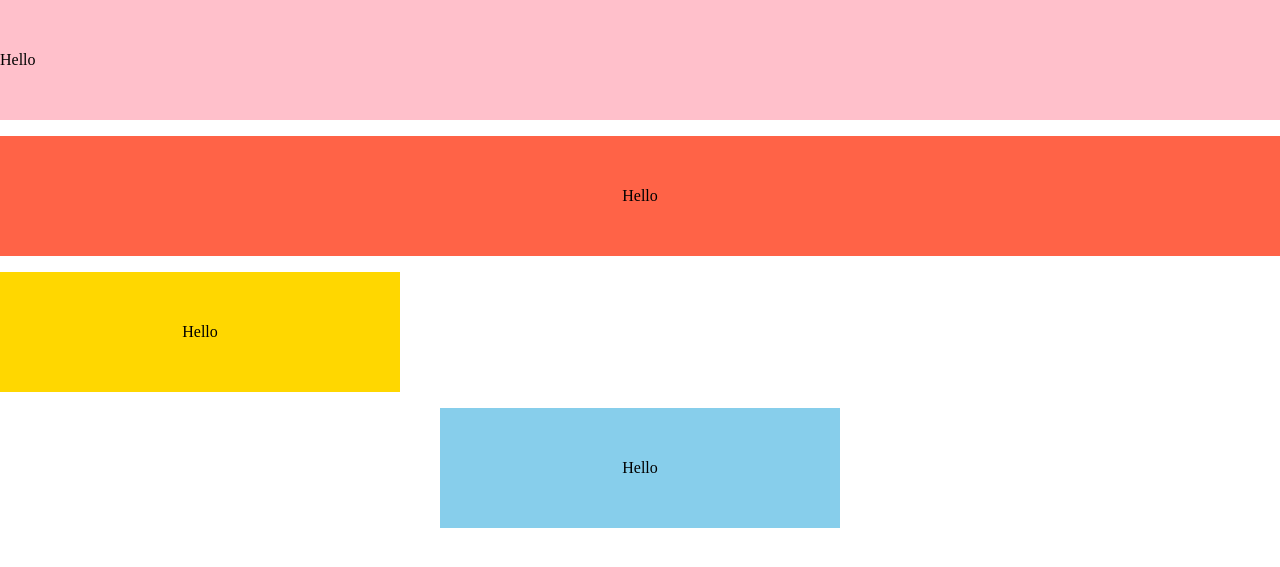
Repository: minoto9/vue_tutorial
Page: 1.html
The author's editor kept a copy of each file at every save. The page is drawn from the files as they stood at one save, then again after the next save.
The browser window is 1280 px wide. The pictures show the whole page.

Above is the page before, as saved 2019-07-10 18:02:40.

### 1.html
<header>
    <link rel="stylesheet" type="text/css" href="1.css">
</header>

<div class="pink">
    <p>
        Hello
    </p>
</div>

<div class="tomato">
    <p>
        Hello
    </p>
</div>

<div class="gold">
    <p>
        Hello
    </p>
</div>

<div class="skyblue">
    <p>
        Hello
    </p>
</div>

### 1.css
body {
    margin: 0;
}

div {
    line-height: 120px;
    margin-bottom: 15px;
}

.pink {
    background-color: pink;
}

.tomato {
    background-color: tomato;
    text-align: center;
}

.gold {
    background-color: gold;
    text-align: center;
    width: 400px;
}

.skyblue {
    background-color: skyblue;
    text-align: center;
    width: 400px;
    margin: auto;
}

After the next save:
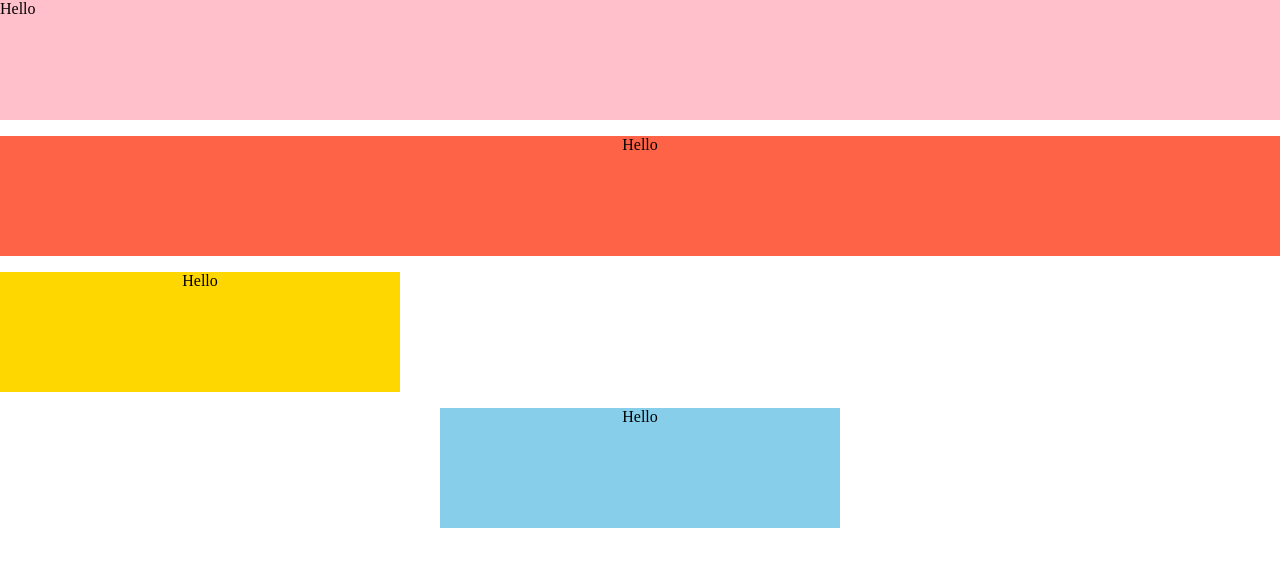
Saved 24 s later.
--- a/1.css
+++ b/1.css
@@ -3,7 +3,7 @@
 }
 
 div {
-    line-height: 120px;
+    height: 120px;
     margin-bottom: 15px;
 }
 

After the save that followed:
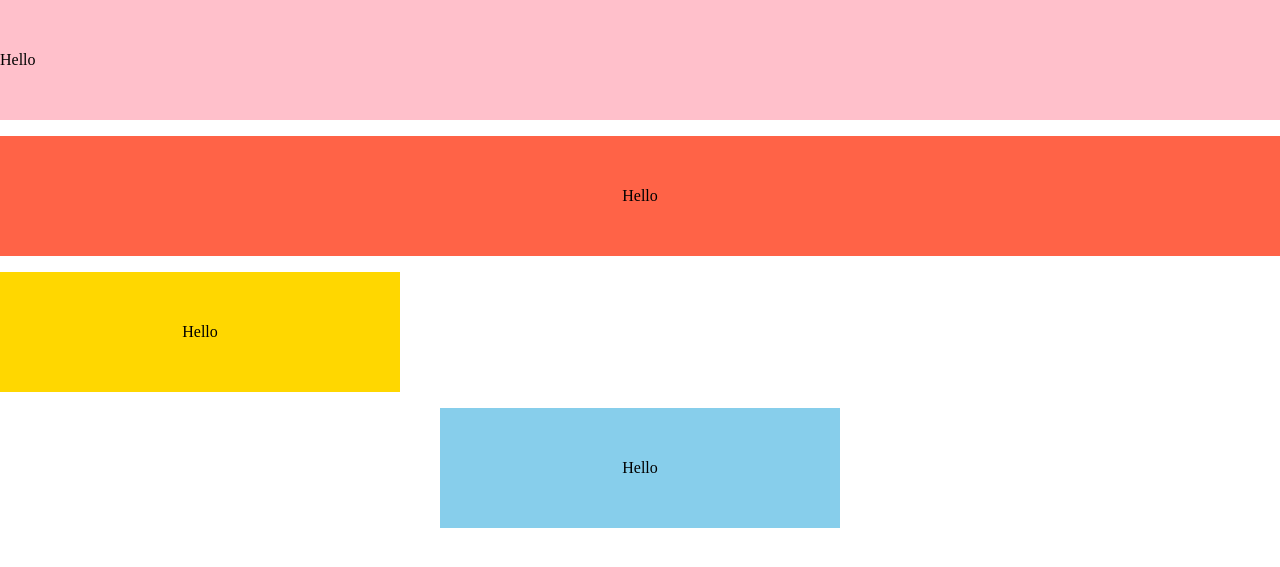
Saved 33 s later.
--- a/1.css
+++ b/1.css
@@ -3,7 +3,7 @@
 }
 
 div {
-    height: 120px;
+    line-height: 120px;
     margin-bottom: 15px;
 }
 
